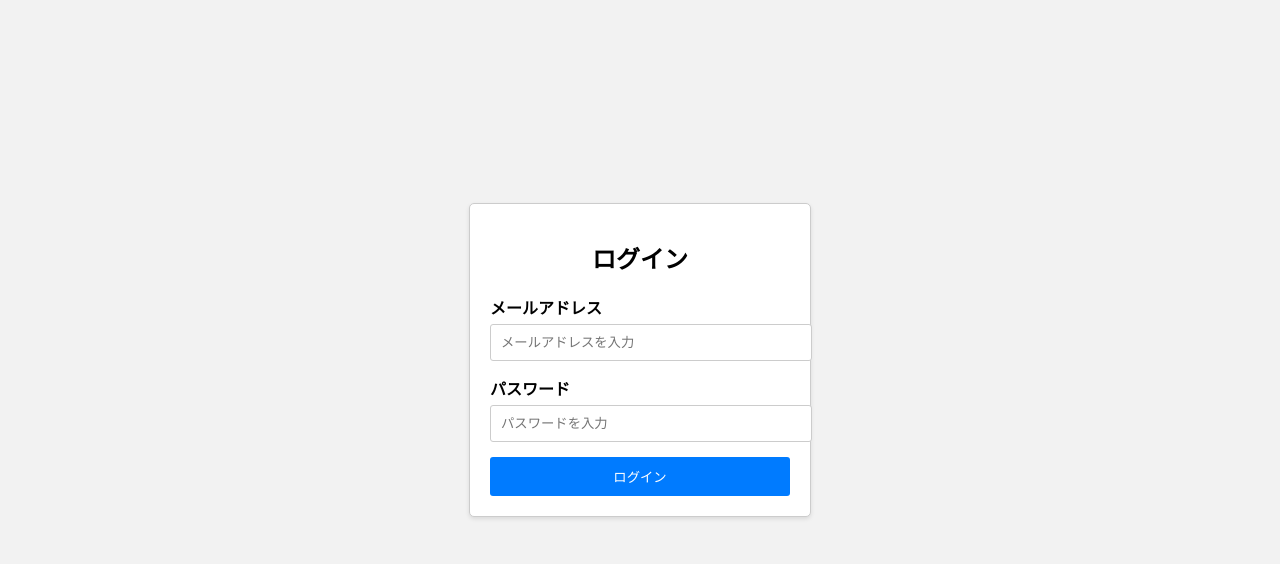
Repository: Jutta197/blog_0815
Page: src/main/resources/static/login.html
An editor plug-in stored every save of this project. The page is shown before and after the next save, followed by the edit.
The browser window is 1280 px wide. The pictures show the whole page.

Above is the page before, as saved 2023-08-15 12:14:12.

After the next save:
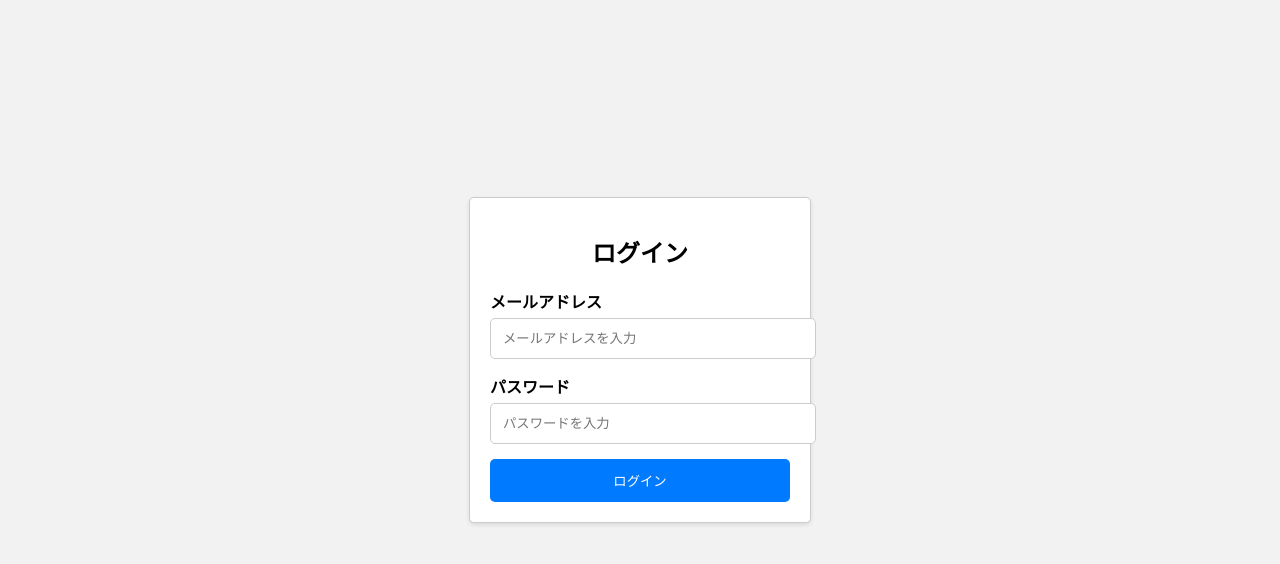
Saved 82 s later.
--- a/src/main/resources/static/login.css
+++ b/src/main/resources/static/login.css
@@ -33,11 +33,12 @@ label {
 input[type="text"],
 input[type="password"] {
     width: 100%;
-    padding: 10px;
+    padding: 12px;
     margin-bottom: 15px;
     border: 1px solid #ccc;
-    border-radius: 3px;
+    border-radius: 5px;
     outline: none;
+    transition: border-color 0.3s;
 }
 
 input[type="text"]:focus,
@@ -49,10 +50,11 @@ input[type="password"]:focus {
     background-color: #007bff;
     color: #fff;
     border: none;
-    padding: 10px 20px;
-    border-radius: 3px;
+    padding: 12px 20px;
+    border-radius: 5px;
     cursor: pointer;
     width: 100%;
+    transition: background-color 0.3s;
 }
 
 #submit-button:hover {
